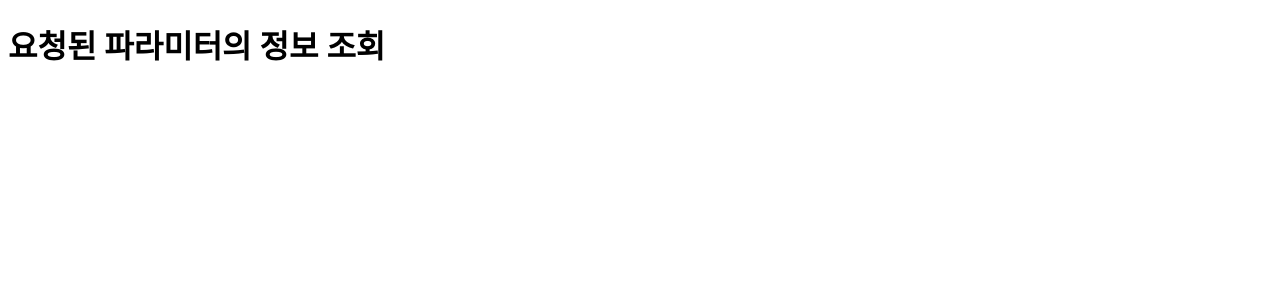
Repository: HongMW/study
Page: http://localhost/jsp01_basic/jsp02_elements/jsp09_parameters_view.jsp
An editor plug-in stored every save of this project. The page is shown before and after the next save, followed by the edit.
The browser window is 1280 px wide. The pictures show the whole page.
The page is served by Tomcat 9. Other server files are loaded and not shown.

Above is the page before, as saved 2022-12-12 02:38:23.

### 04.jsp/jsp01_basic/WebContent/jsp02_elements/jsp09_parameters_view.jsp
<%@page language="java" contentType="text/html; charset=UTF-8" pageEncoding="UTF-8"%>
<!DOCTYPE html>
<html>
<head>
<meta charset="UTF-8">
<title>Insert title here</title>
</head>
<body>
	<h1>요청된 파라미터의 정보 조회</h1>
</body>
</html>

After the next save:
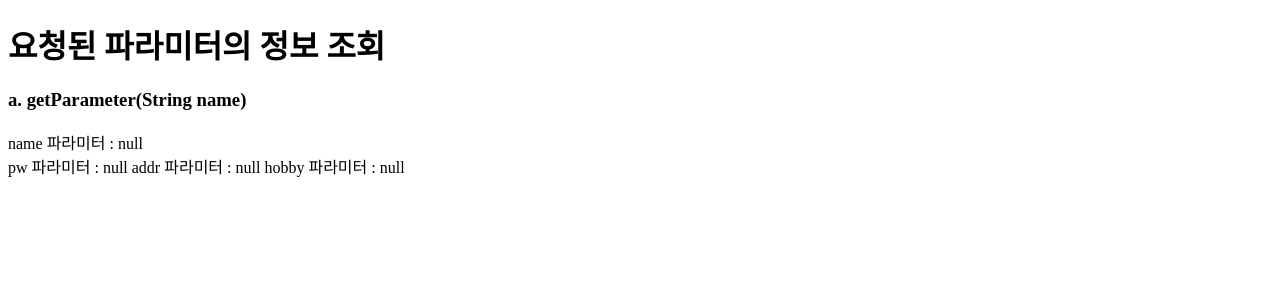
Saved 3 min 39 s later.
--- a/04.jsp/jsp01_basic/WebContent/jsp02_elements/jsp09_parameters_view.jsp
+++ b/04.jsp/jsp01_basic/WebContent/jsp02_elements/jsp09_parameters_view.jsp
@@ -7,5 +7,10 @@
 </head>
 <body>
 	<h1>요청된 파라미터의 정보 조회</h1>
+	<h3>a. getParameter(String name)</h3>
+	name 파라미터 : <%= request.getParameter("name") %><br>
+	pw   파라미터 : <%= request.getParameter("pw") %>
+	addr  파라미터 : <%= request.getParameter("addr") %>
+	hobby 파라미터 : <%= request.getParameter("hobby") %>
 </body>
 </html>
